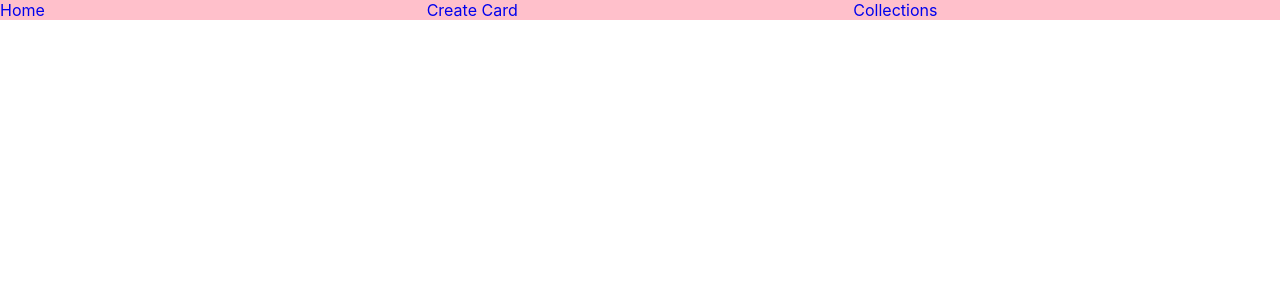
Repository: MikeTroianello/phos-react
Page: /
An editor plug-in stored every save of this project. The page is shown before and after the next save, followed by the edit.
The browser window is 1280 px wide. The pictures show the whole page.
The project was rebuilt for these pictures with package versions that can differ from the ones it lists, and the page was loaded fresh each time. A package was used in the major version that the imports need, not the one package.json lists. Also part of the build but not shown: src/App.css, src/components/card/Card.js.

Above is the page before, as saved 2020-06-02 16:37:09.

After the next save:
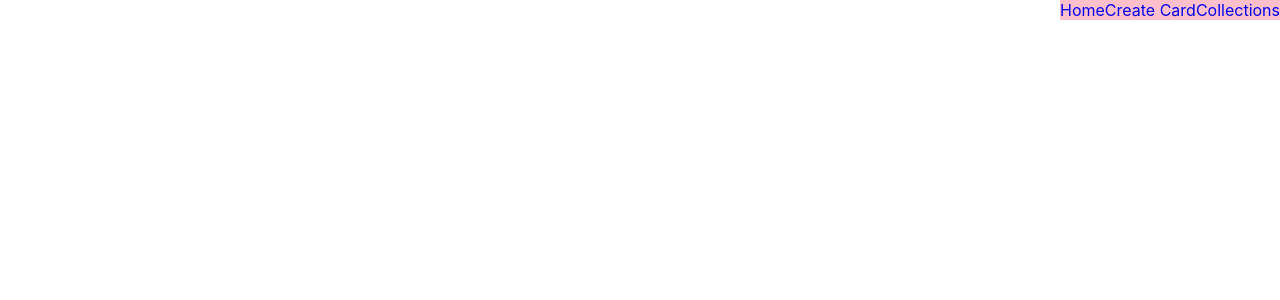
Saved 4 s later.
--- a/src/components/navbar/navbar.css
+++ b/src/components/navbar/navbar.css
@@ -5,7 +5,7 @@
 }
 
 .navbar-container > div {
-  width: 40%;
+  /* width: 40%; */
   /* display: flex;
   justify-content: space-around; */
   background-color: pink;
